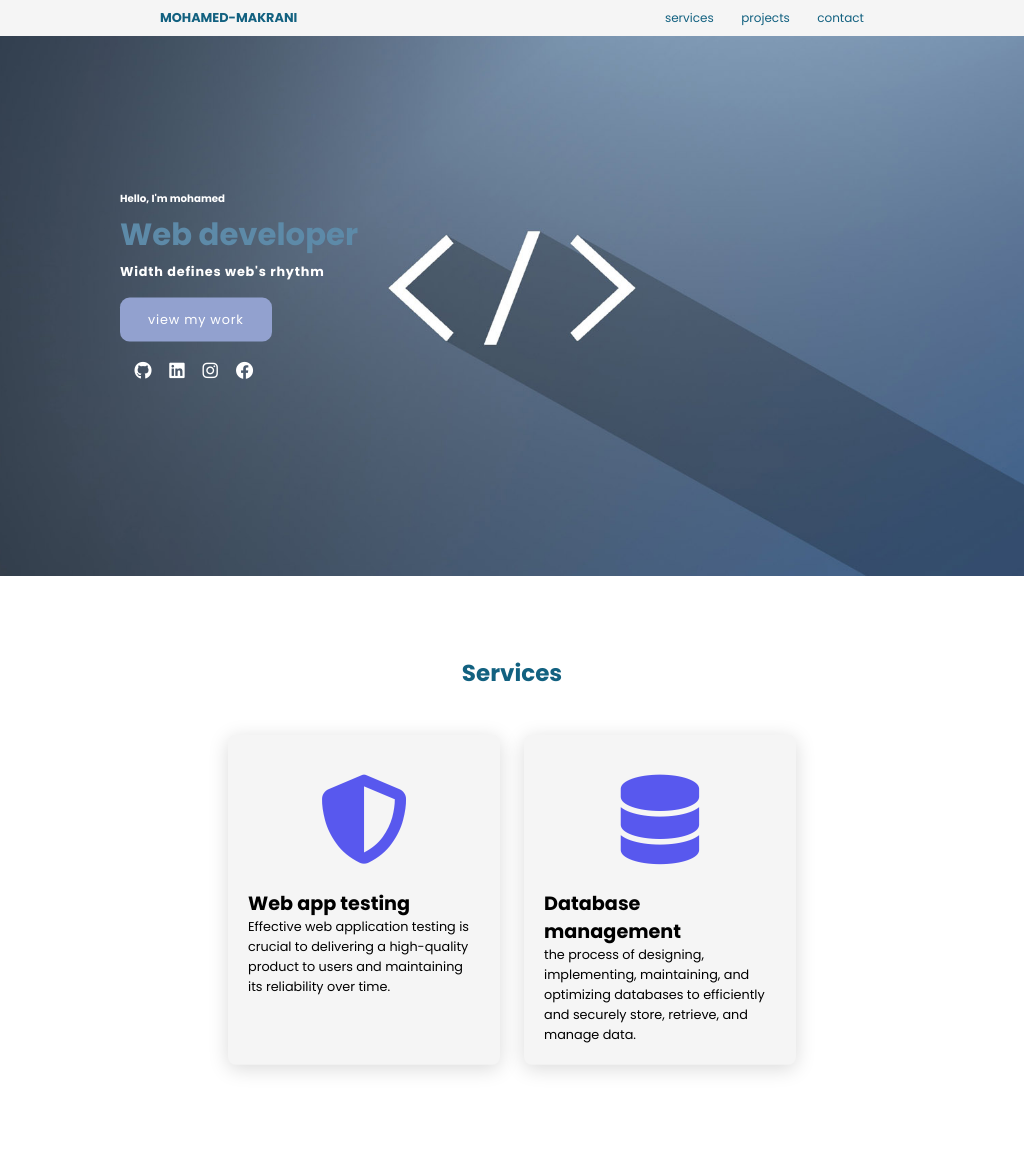
Repository: mohamed-makrani/Portfolio
Page: indixe.html
These files come from the project's save history. The page is drawn as it stood at one moment and after the next save; the edit follows.
The browser window is 1280 px wide. The pictures show the whole page, at 80% of full size.
Backgrounds fixed to the window are drawn as part of the page.

Above is the page before, as saved 2023-09-16 20:18:57.

After the next save:
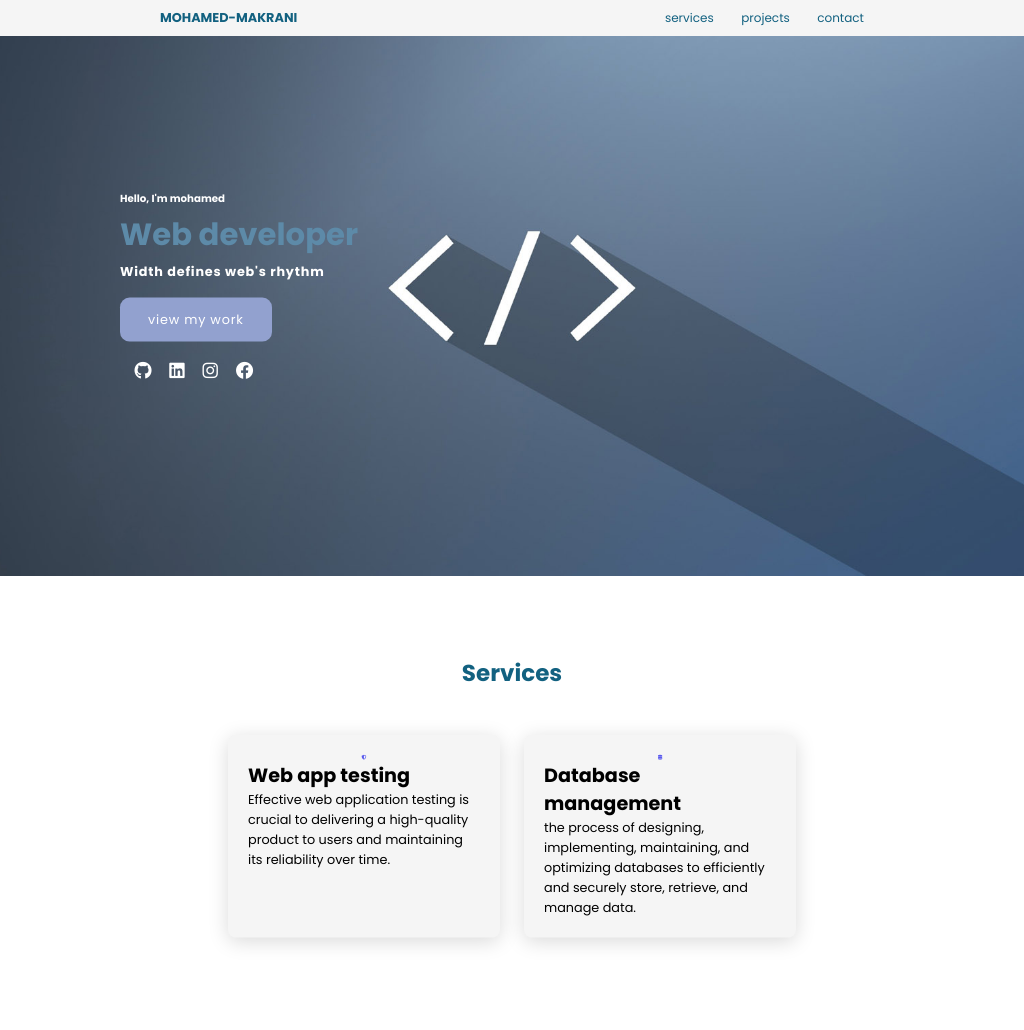
Saved 39 s later.
--- a/style.css
+++ b/style.css
@@ -139,5 +139,5 @@ transition: 0.7s ease;
 .icon {
    color: rgb(88, 88, 238);
    text-align: center;
-   font-size: 7em;
+   font-size: 6%;
 }
